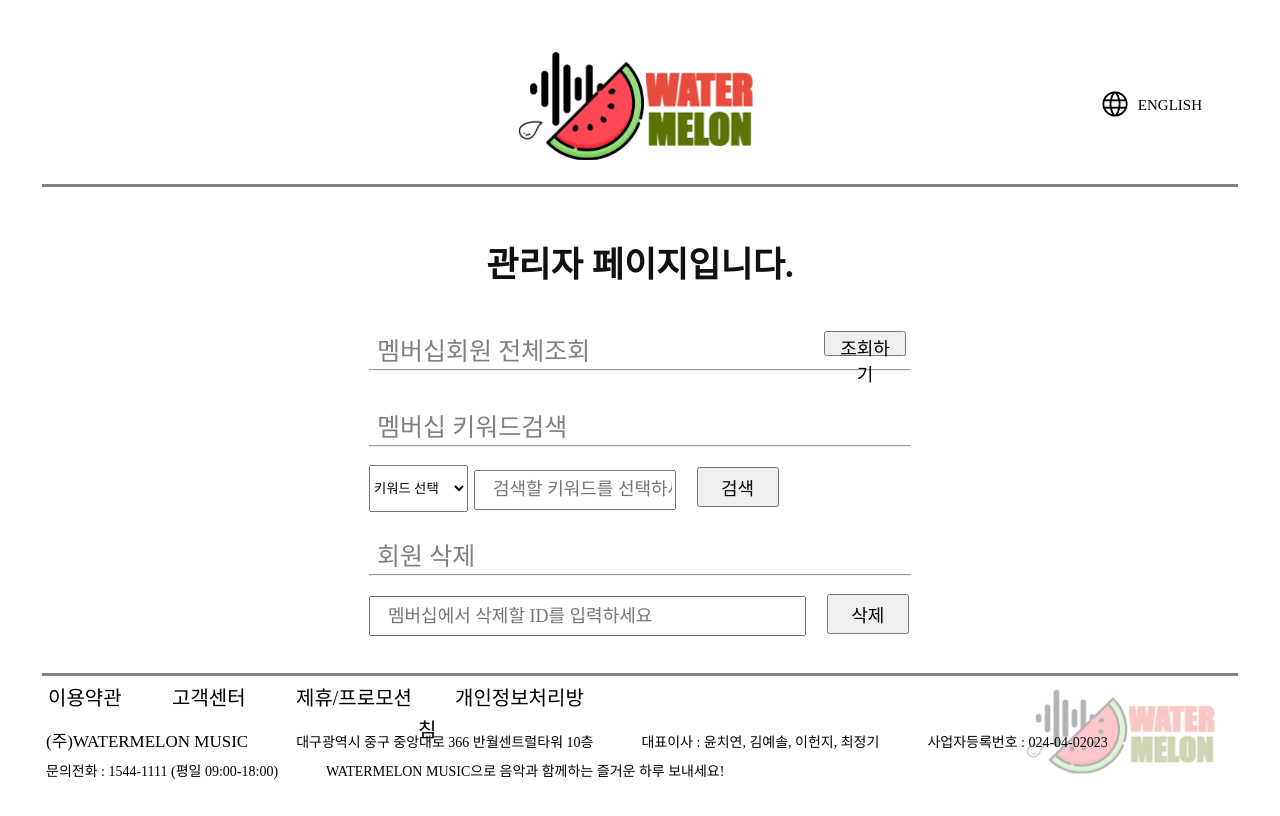
Repository: anchobb/TEAM_STS
Page: http://localhost/PJ_TEAM01/WEB-INF/views/membershipM.jsp
An editor plug-in stored every save of this project. The page is shown before and after the next save, followed by the edit.
The browser window is 1280 px wide. The pictures show the whole page.
Some web fonts or font styles are not loaded; a fallback is used. Some web libraries are served in a nearby version. The page is served by Tomcat 9. Nobody is signed in. The template is opened directly, without the code that normally fills it, so the values that code supplies are empty.

Above is the page before, as saved 2023-09-17 11:50:39.

### PJ_TEAM01/src/main/webapp/WEB-INF/views/membershipM.jsp
 <%@ page language="java" contentType="text/html; charset=UTF-8"
    pageEncoding="UTF-8"%>
<%@ taglib uri="http://java.sun.com/jsp/jstl/core" prefix="c"%>
<!DOCTYPE html>
<html>
<head>
<meta charset="UTF-8">
<title>MEMBER PAGE</title>
<style>
		<%@include file="/resources/static/css/common.css" %>
		<%@include file="/resources/static/css/header.css" %>
		<%@include file="/resources/static/css/membershipM_Page.css" %>
		<%@include file="/resources/static/css/footer.css" %>
</style>
</head>
<body>
<div class="wrapper">
<header>
   <div class="log-header">
       <a href=<c:url value="/indexlog" />><img class="logo" src="${pageContext.request.contextPath}/resources/static/img/로고.png" alt=""></a>
       <ul>
          <li><a href=""><img  src="${pageContext.request.contextPath}/resources/static/img/english.png" alt="">ENGLISH</a></li>
       </ul>
    </div>
    <div class="logheader_line"></div>
</header>
<section class="membership_M">
	<h1>관리자 페이지입니다.</h1>
	<ul>
		<li><span class="title">멤버십회원 전체조회<button class="alluser" id="showButton">조회하기</button></span><hr/></li>
		<div class="selectall">
			<table>
				<tr>
					<td class="search_title1" style="color:rgb(92, 115, 6);">CODE</td>
					<td class="search_title1" style="color:rgb(92, 115, 6);">ID</td>
					<td class="search_title1" style="color:rgb(92, 115, 6);">NAME</td>
					<td class="search_title2" style="color:rgb(92, 115, 6);">START_DATE</td>
					<td class="search_title2" style="color:rgb(92, 115, 6);">END_DATE</td>
				</tr>
    	<c:forEach items="${list}" var="dto">
				<tr>
					<td class="search_title1">${dto.membershipCode}</td>
					<td class="search_title1">${dto.id}</td>
					<td class="search_title1">${dto.name}</td>
					<td class="search_title2">${dto.startDate}</td>
					<td class="search_title2">${dto.endDate}</td>
				</tr>
		</c:forEach>
			</table>


    	</div>
		<br />
		<li><span class="title">멤버십 키워드검색</span><hr/></li>
		    <div class="search_block" style= display="none">
				<select id="select">
					<option value="">키워드 선택</option>
					<option value="code">CODE 검색</option>
					<option value="id">ID 검색</option>
					<option value="endDate">종료날짜 검색</option>
				</select>
		<form action="membership/search" method="post">
			    <input type="text" id="search_input" placeholder="검색할 키워드를 선택하세요">
			    <button class="oneuser" type="submit" >검색</button>
		</form>
		    </div>
		    <div class="oneshowBlock"></div>
		<br />
		<li><span class="title">회원 삭제</span><hr/></li>
		<form action="${pageContext.request.contextPath}/membership_delete" method="post">
    	<input type="text" id="remove_input" name="id" placeholder="멤버십에서 삭제할 ID를 입력하세요">
    	<button class="ms_delete">삭제</button>
		</form>
		<br />
	</ul>

</section>
<footer>
    <div class="footer_line"></div>
    <div>
        <ul class="footer_menu">
           <li><a href="">이용약관</a></li>
           <li><a href="">고객센터</a></li>
           <li><a href="">제휴/프로모션</a></li>
           <li style="width:170px"><a href=""> &nbsp;&nbsp;&nbsp;&nbsp;&nbsp;&nbsp;&nbsp;개인정보처리방침</a></li>
        </ul>
    </div>
    <p></p>
    <div class="Site_info">
        <img id="footer_logo" src="${pageContext.request.contextPath}/resources/static/img/로고.png" alt="">
        <span class="Sitename">(주)WATERMELON MUSIC</span>
        <span>대구광역시 중구 중앙대로 366 반월센트럴타워 10층</span>
        <span>대표이사 : 윤치연, 김예솔, 이헌지, 최정기</span>
        <span>사업자등록번호 : 024-04-02023</span>
        <br>
        <span>문의전화 : 1544-1111 (평일 09:00-18:00)</span>
        <span>WATERMELON MUSIC으로 음악과 함께하는 즐거운 하루 보내세요!</span>
     </div>
</footer>
</div>


<script src="https://cdnjs.cloudflare.com/ajax/libs/axios/1.4.0/axios.min.js" integrity="sha512-uMtXmF28A2Ab/JJO2t/vYhlaa/3ahUOgj1Zf27M5rOo8/+fcTUVH0/E0ll68njmjrLqOBjXM3V9NiPFL5ywWPQ==" crossorigin="anonymous" referrerpolicy="no-referrer"></script>


	<script>
	//회원 전체조회 script
		document.addEventListener('DOMContentLoaded', function() {
	       // 버튼 클릭 이벤트 핸들러
	       var showButton = document.getElementById('showButton');
	       var selectAllDiv = document.querySelector('.selectall');

	       showButton.addEventListener('click', function() {
	           // 현재 상태를 확인하여 토글
	           if (selectAllDiv.style.display === 'none' || selectAllDiv.style.display === '') {
	               selectAllDiv.style.display = 'block'; // 보이도록 함
	           } else {
	               selectAllDiv.style.display = 'none'; // 숨김
	           }
	       });
	   });


	//회원 단건조회 script
        // 옵션 선택이 변경될 때 이벤트 리스너를 추가합니다.
        document.getElementById("select").addEventListener("change", function () {
            var selectedOption = this.value;
            var searchInput = document.getElementById("search_input");

            // 선택된 옵션에 따라 입력 필드의 라벨을 변경합니다.
            switch (selectedOption) {
                case "code":
                    searchInput.name = "code";
                    searchInput.placeholder = "Membership Code를 입력하세요";
                    break;
                case "id":
                    searchInput.name = "id";
                    searchInput.placeholder = "검색할 ID를 입력하세요";
                    break;
                case "endDate":
                    searchInput.name = "endDate";
                    searchInput.placeholder = "검색할 종료날짜를 입력하세요";
                    break;
                default:
                    // 키워드 선택이나 다른 옵션을 선택한 경우 처리할 내용을 추가할 수 있습니다.
                    break;
            }
        });

	//회원 삭제 script
	document.addEventListener("DOMContentLoaded", function () {
       const form = document.querySelector('.ms_delete');
       const searchInput = document.querySelector('#remove_input');

       form.addEventListener('click', async function (event) {
           event.preventDefault();

           const searchValue = searchInput.value;

           try {
               const response = await axios.post('/app/membership_delete', null, {
                   params: { id: searchValue }
               });
               console.log('서버 응답:', response);
               alert('삭제가 완료되었습니다.');
               location.reload();
           } catch (error) {
               if (error.response) {
                   console.error('서버 응답 오류:', error.response.data);
               } else {
                   console.error('요청 오류:', error.message);
               }
               // 오류가 발생했을 때 처리
               alert('삭제에 실패했습니다.');
           }
       });
   });


	</script>

</body>
</html>

### PJ_TEAM01/src/main/webapp/resources/static/css/common.css
@font-face {
    font-family: 'SDSamliphopangche_Basic';
    src: url('https://cdn.jsdelivr.net/gh/projectnoonnu/noonfonts-20-12@1.0/SDSamliphopangche_Basic.woff') format('woff');
    font-weight: normal;
    font-style: normal;
}

* {
    margin: 2px;
    box-sizing: border-box;
    font-family: 'SDSamliphopangche_Basic';
}

ul {
    list-style: none;
    padding: 0px;
    margin: 0px;
    color: black;
}

a {
    text-decoration: none;
    color: black;
}

.wrapper {
    width: 1200px;
    margin: 30px auto;
}

.wrapper>nav>.mobilemenu>.material-symbols-outlined{
    font-variation-settings:
    'FILL' 0,
    'wght' 400,
    'GRAD' 0,
    'opsz' 48}

### PJ_TEAM01/src/main/webapp/resources/static/css/header.css
/* header */
.wrapper>header {
    height:130px;
    /* border: 1px solid red; */
    margin-top: 20px;
}

/* 탑헤더 내 로고, 검색창, 퀵메뉴 전체 */
.wrapper>header>.top-header{
    height: 110px;
    /* border: 1px solid green; */
    display: flex;
    justify-content: space-between;
    align-items: center;
}

/* 탑헤더 내 로고 */
.wrapper>header>.top-header>.logo{
    margin-top: 0;
    width: 240px;
    height: 120px;
}

/* 탑헤더 내 검색창 */
.wrapper>header>.top-header>form .search_box{
    height: 38px;
    width: 500px;
    border: 3px solid rgb(92, 115, 6);
    position: relative;
    border-radius: 7px;
    line-height: 35px;
    padding-left: 10px;
}

.wrapper>header>.top-header>form .search_box>div{
    /* border: 1px solid rosybrown; */
    height: 35px;
    width: 110px;
    font-size: 20px;
    text-align: center;
    line-height: 35px;
    margin-top: -1px;
    margin-left: -10px;
    border-right: 3px solid rgb(92, 115, 6);
    background-color: rgba(92, 115, 6, 0.43);
}

.wrapper>header>.top-header>form .search_box>input {
    height: 30px;
    width: 340px;
    border: 1px;
    outline: 1px;
    position: absolute;
    top: -1px;
    left: 115px;
    font-size: 15px;
    color: black;
    font-family: 'NanumSquareBold';
}

.wrapper>header>.top-header>form .search_box>img {
    position: absolute;
    width: 30px;
    height: 30px;
    top: 0px;
    left: 92%;
    display: block;
}

/* 헤더 내 퀵메뉴 */
.wrapper>header>.top-header>ul {
    /* border: 1px solid red; */
    display: flex;
    justify-content: right;
    align-items: center;
}

.wrapper>header>.top-header>ul>li {
    /* border: 1px solid gray; */
    width: 110px;
    position: relative;
    text-align: center;
}

.wrapper>header>.top-header>ul>li>a {
    display: block;
    font-size: 16px;
    position: relative;
    left: 15px;
}

.wrapper>header>.top-header>ul>li>a>img{
    width: 20px;
    height: 18px;
    justify-content: center;
    align-content: center;
    position: absolute;
    top: -2.5px;
    left: -5px;
}

/* nav부분 STYLE */
.wrapper>nav>.navi{
    display: flex;
    justify-content: space-between;
}

/* 왼쪽 nav one-depth */
.wrapper>nav>.navi>.Menu_left>.one--depth {
    width: 100%;
    height: 60px;
    display: flex;
}

.wrapper>nav>.navi>.Menu_left>.one--depth>li {
    position: relative;
    height: 35px;
}

.wrapper>nav>.navi>.Menu_left>.one--depth>li>a {
    display: block;
    font-size: 20px;
    width: 110px;
    /* transition: 1s; */

}

/* 왼쪽 nav two-depth */
.wrapper>nav>.navi>.Menu_left>.one--depth>li>.two--depth {
    position: absolute;
    display: none;

}

.wrapper>nav>.navi>.Menu_left>.one--depth>li>.two--depth>li {
    height: 30px;
    line-height: 30px;

}

.wrapper>nav>.navi>.Menu_left>.one--depth>li>.two--depth>li>a {
    display: block;
    width: 120px;
    font-size: 17px;
}

.wrapper>nav>.navi>.Menu_left>.one--depth>li>a:hover {
    font-size: 22px;
}

.wrapper>nav>.navi>.Menu_left>.one--depth>li:hover .two--depth {
    display: flex;
}

.wrapper>nav>.navi>.Menu_left>.one--depth>li>.two--depth>li>a:hover {
    font-size: 18px;
    transition: 0.7s;
    color: rgb(192, 57, 43);
}

/* 오른쪽 nav one-depth */
.wrapper>nav>.navi>.Menu_right>.one--depth {
    width: 100%;
    height: 60px;
    display: flex;
}

.wrapper>nav>.navi>.Menu_right>.one--depth>li {
    position: relative;
    height: 35px;
}

.wrapper>nav>.navi>.Menu_right>.one--depth>li>a {
    display: block;
    font-size: 20px;
    width: 110px;
    text-align: right;
}

/* 오른쪽 nav two-depth */
.wrapper>nav>.navi>.Menu_right>.one--depth>li>.two--depth {
    position: absolute;
    display: none;
}

.wrapper>nav>.navi>.Menu_right>.one--depth>li>.two--depth>li {
    height: 30px;
    line-height: 30px;
}

.wrapper>nav>.navi>.Menu_right>.one--depth>li>.two--depth>li>a {
    display: block;
    width: 110px;
    font-size: 17px;
    text-align: center;
}

.wrapper>nav>.navi>.Menu_right>.one--depth>li>a:hover {
    font-size: 22px;
}

.wrapper>nav>.navi>.Menu_right>.one--depth>li:hover .two--depth {
    display: flex;
    text-align: right;
    right: -12px;
}

.wrapper>nav>.navi>.Menu_right>.one--depth>li>.two--depth>li>a:hover {
    font-size: 18px;
    transition: 0.7s;
    color: rgb(192, 57, 43);
}

/* header_line */
.wrapper>.header_line {
    display: block;
    background-color: gray;
    height: 3px;
    width: 100%;
    margin: 5px auto;
}

.wrapper>footer>#footer_logo{
    border: 1px solid;
    opacity: 0.6;
    margin-bottom: 500px;
}


.wrapper>header>.log-header{
    height: 150px;
    position: relative;
    display: flex;
    justify-content: center;
    align-items: center;
}

.logheader_line{
    display: block;
    background-color: gray;
    height: 3px;
    width: 100%;
    margin: 0 auto;
}


/* login header */

.wrapper>header>.log-header>a>.logo{
    margin-top: 0;
}

.wrapper>header>.log-header>ul{
    position: absolute;
    right: 30px;
}

.wrapper>header>.log-header>ul>li{
    display: inline-block;
    height: 40px;
    text-align: center;
    line-height: 35px;
}

.wrapper>header>.log-header>ul>li>a{
    font-size: 15px;
    position: relative;

}

.wrapper>header>.log-header>ul>li>a>img{
    position: absolute;
    width: 30px;
    height: 30px;
    right: 70px;
}

.wrapper>nav>.mobilemenu{
    display: none;
}

### PJ_TEAM01/src/main/webapp/resources/static/css/membershipM_Page.css
li{
    list-style: none;
    }

    .membership_M {
        width: 550px;
        display: block;
        height: 100%;
        padding-top: 50px;
        margin: 0 auto;
    }

    .membership_M h1 {
        padding-top: 20px;
        font-size: 35px;
        color: #111;
        text-align: center;
    }

  	.membership_M>ul {
        padding: 40px 0 10px;
    }

    .membership_M>ul li {
        padding: 0 0 12px;
        text-align: left;
    }

    .membership_M>ul li .title {
		font-size: 25px;
		display: block;
		margin-left: 10px;
		color: gray;
	}

	.search_block{
		display: flex;
	}

	.membership_M form select{
		width: 120px;
		height: 40px;
		text-align: center;
		margin-right: 15px;
		font-size: 18px;
	}

	.membership_M form #search_input{
		display: inline block;
	 	width: 60%;
        height: 40px;
        box-sizing: border-box;
        text-indent: 15px;
        font-size: 18px;
        color: black;
        font-family: 'SDSamliphopangche_Basic';
	}


	.membership_M form #remove_input{
        width: 80%;
        height: 40px;
        box-sizing: border-box;
        text-indent: 15px;
        font-size: 18px;
        color: black;
        font-family: 'SDSamliphopangche_Basic';
    }

    .membership_M>form input::-webkit-input-placeholder {
        font-size: 18px;
        color: gray;
    }

	.membership_M .title>.alluser{
		width: 82px;
        height: 25px;
        font-size: 18px;
        cursor: pointer;
        display: inline-block;
        margin: 0 5px;
        float: right;

	}

	table{
		table-layout: fixed;
		border-collapse: collapse;
	 	width: 540px;
	}

	td{
		border-bottom: 1px solid black;
	 	overflow: hidden;
	 	text-overflow: ellipsis;
	  	white-space: nowrap;
	  	padding:5px;
	}

	th:first-child, td:first-child {
    	border-left: none;
  	}

	.search_title1{
		width:80px;
		font-size:18px;
	}

	.search_title2{
		width:150px;
		font-size:18px;
	}


    .membership_M form .oneuser, .ms_delete{
        width: 82px;
        height: 40px;
        margin-left: 15px;
        margin-right: 0px;
        font-size: 18px;
        cursor: pointer;
    }

	.selectall {
        display: none;
        font-size: 20px;
		text-align: center;
    }

### PJ_TEAM01/src/main/webapp/resources/static/css/footer.css
/* footer */

/* footer line */
.wrapper>footer>.footer_line {
    display: block;
    background-color: gray;
    height: 3px;
    width: 100%;
    margin: 5px auto;
}

/* footer */
.wrapper>footer>div>.footer_menu {
    display: flex;
    /* border: 1px solid; */
    height: 40px;
}

.wrapper>footer>div>.footer_menu>li{
    /* border: 1px solid red; */
    width: 120px;
    height: 30px;
    line-height: 30px;
}

.wrapper>footer>div>.footer_menu>li>a{
    font-family: 'SDSamliphopangche_Basic';
    font-size: 20px;
}

.wrapper>footer>.Site_info{
    position: relative;
}

.wrapper>footer>.Site_info>#footer_logo{
    position: absolute;
    top: -50px;
    right: 0;
    width: 220px;
    height: 110px;
    opacity: 0.3;
    z-index: -1;
}

.wrapper>footer>.Site_info>span{
    display: inline-block;
    font-size: 14px;
    padding: 2px 40px 2px 0;
}

.wrapper>footer>.Site_info>.Sitename{
    font-family: 'SDSamliphopangche_Basic';
    font-size: 17px;
}

After the next save:
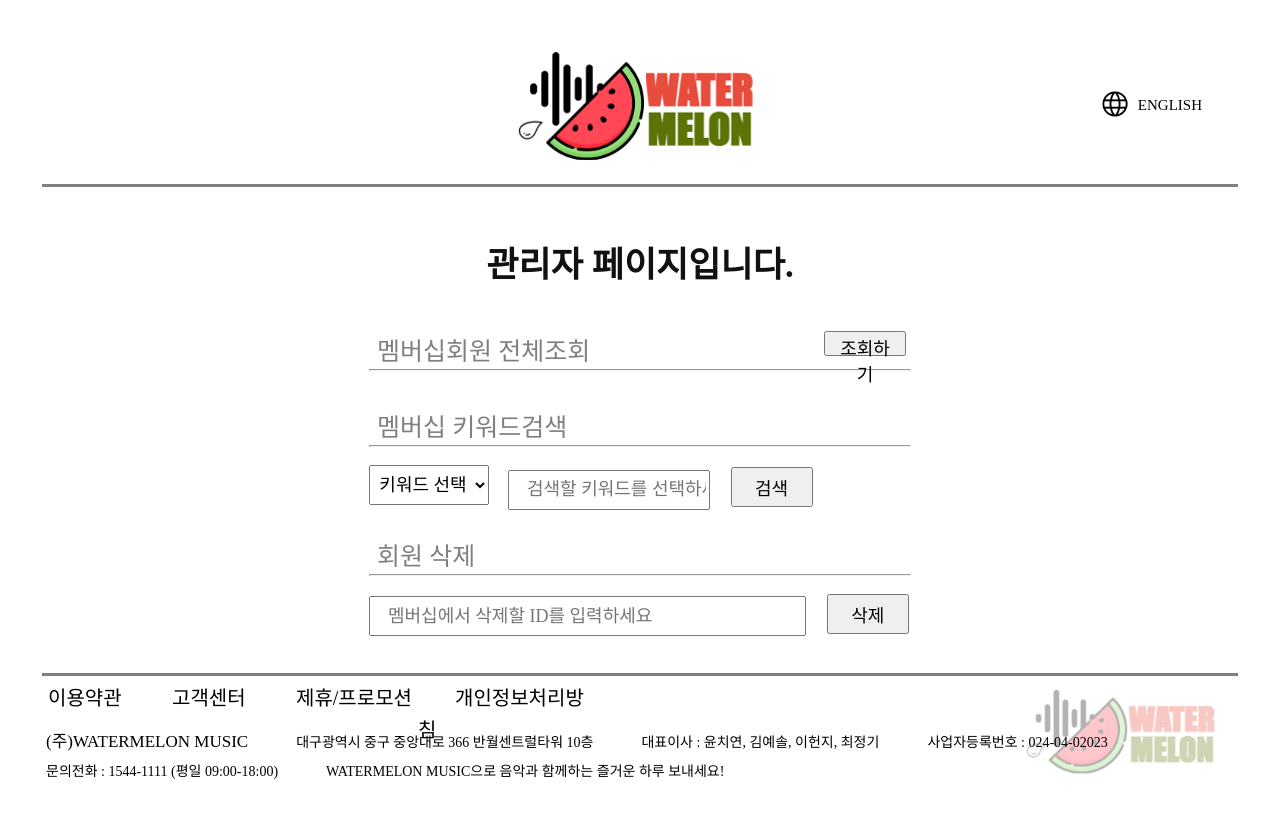
Saved 75 s later.
--- a/PJ_TEAM01/src/main/webapp/resources/static/css/membershipM_Page.css
+++ b/PJ_TEAM01/src/main/webapp/resources/static/css/membershipM_Page.css
@@ -37,7 +37,7 @@
 		display: flex;
 	}
 
-	.membership_M form select{
+	.membership_M select{
 		width: 120px;
 		height: 40px;
 		text-align: center;
